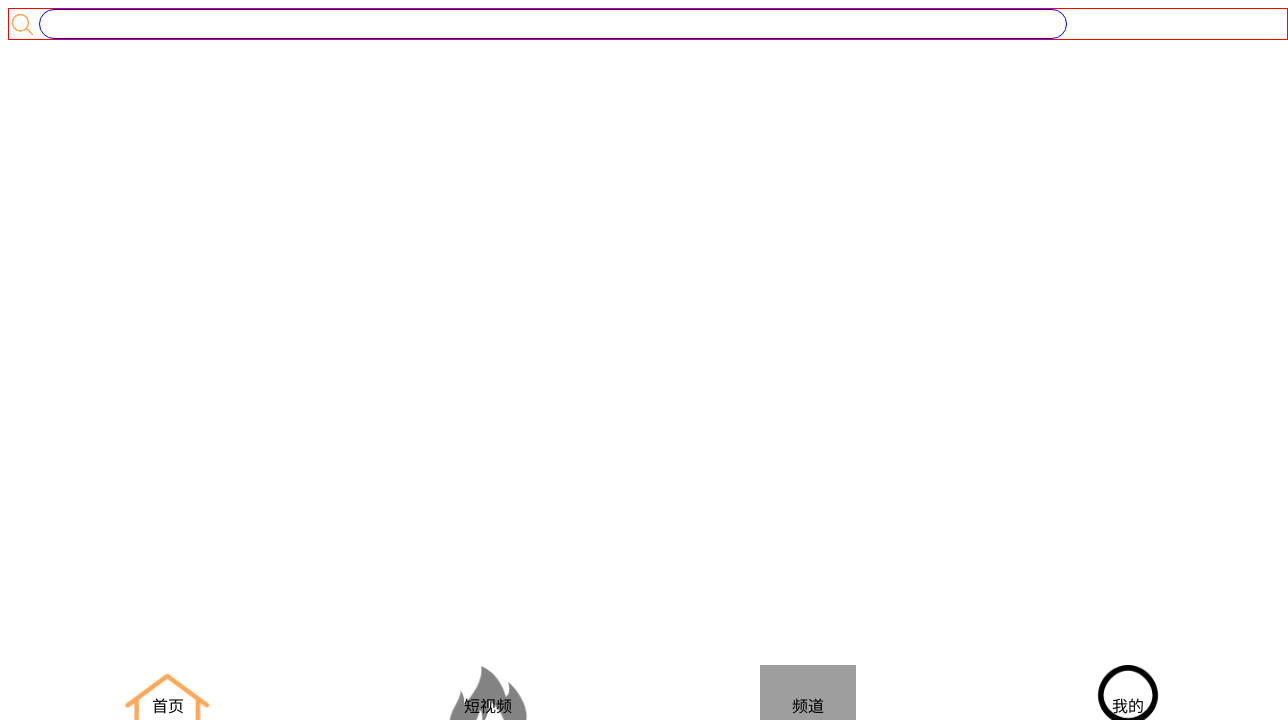
Repository: ITliuxiangyu/H51911Test
Page: video_demo/index.html
The author's editor kept a copy of each file at every save. The page is drawn from the files as they stood at one save, then again after the next save.
The browser window is 1280 px wide. The page is 1288 px wide, so the pictures cover 1288 px, including what lies to the right of the window. The pictures show the whole page.
Pictures or frames that could not be fetched are drawn as grey boxes.

Above is the page before, as saved 2019-12-20 10:34:43.

After the next save:
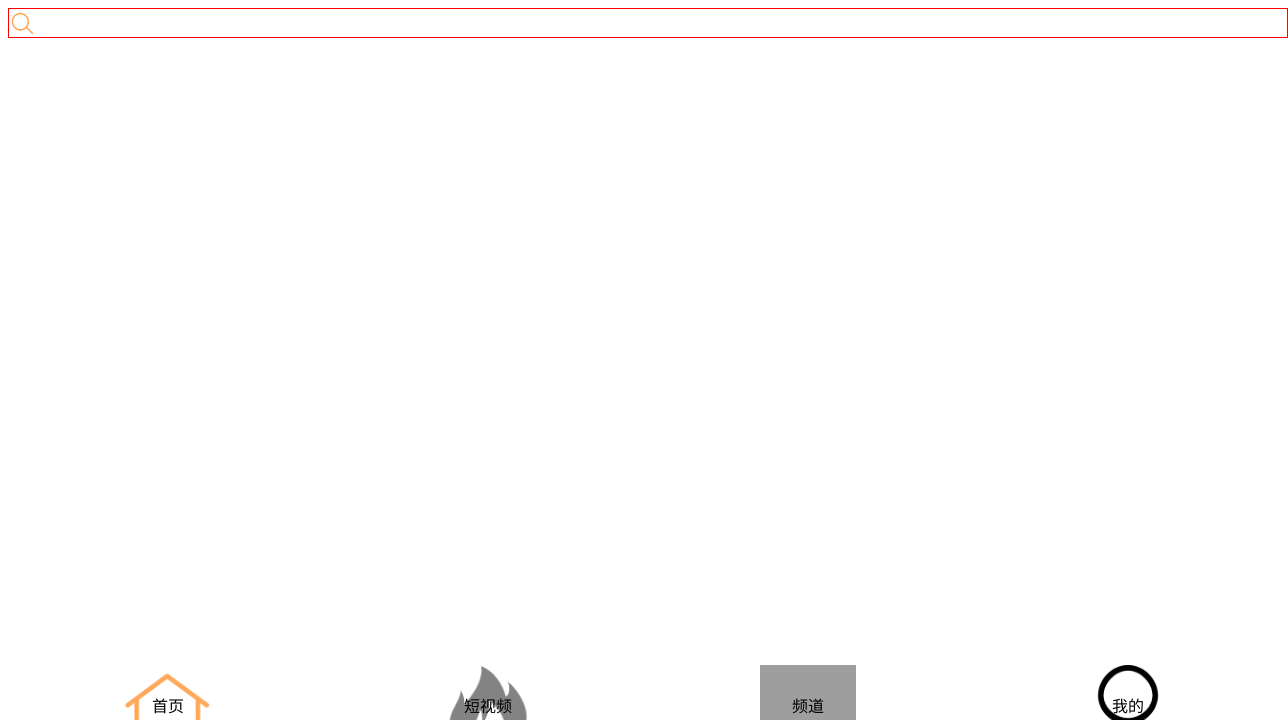
Saved 8 s later.
--- a/video_demo/css/index.css
+++ b/video_demo/css/index.css
@@ -48,7 +48,7 @@
 .search_warp .search_input{
     width: 80%;
     height: 26px;
-    border: 1px solid blue;
+    border: 0px solid blue;
     border-radius: 20px;
 }
 
